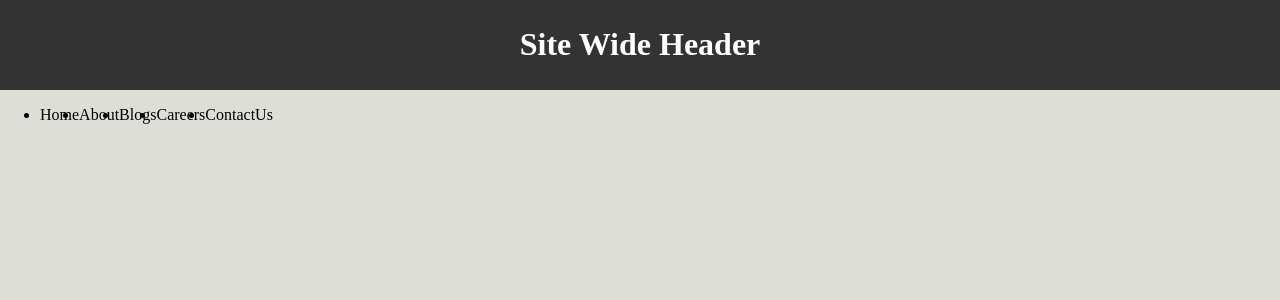
Repository: ayeza-baseer/AssignmentFlexbox
Page: assignment.html
The author's editor kept a copy of each file at every save. The page is drawn from the files as they stood at one save, then again after the next save.
The browser window is 1280 px wide. The pictures show the whole page.

Above is the page before, as saved 2023-03-17 13:35:34.

### assignment.html
<!DOCTYPE html>
<html lang="en">
<head>

    <link rel="stylesheet" href="assignment.css">


</head>
<body>
<div>
    <header class="header"><h1>
        Site Wide Header
    </h1></header>
    <nav>
        <ul class="container">
            <li>Home</li>
            <li>About</li>
            <li>Blogs</li>
            <li>Careers</li>
            <li>ContactUs</li>
        </ul>
    </nav>


</div>

</body>
</html>

### assignment.css
.header{
    padding: 5px;
    background-color: #333;
	 color: #ccc;

    text-align: center;

    color: white;
}

body{
    margin:0;
    background-color: #deded8;
}

.container{
    display: flex;
}

After the next save:
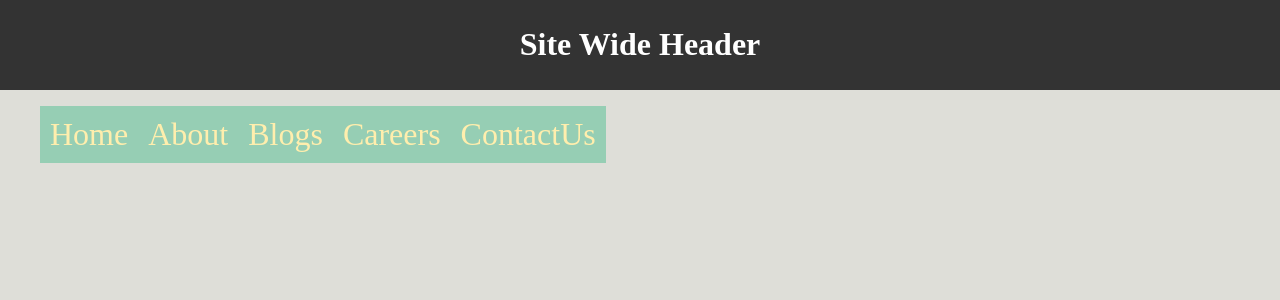
Saved 95 s later.
--- a/assignment.css
+++ b/assignment.css
@@ -16,3 +16,13 @@ body{
 .container{
     display: flex;
 }
+
+.container > li {
+    padding: 10px;
+    text-align: center;
+    font-size: 2em;
+    color: #ffeead;
+    box-sizing: border-box;
+    background-color: #96ceb4;
+    list-style-type: none;
+  }
